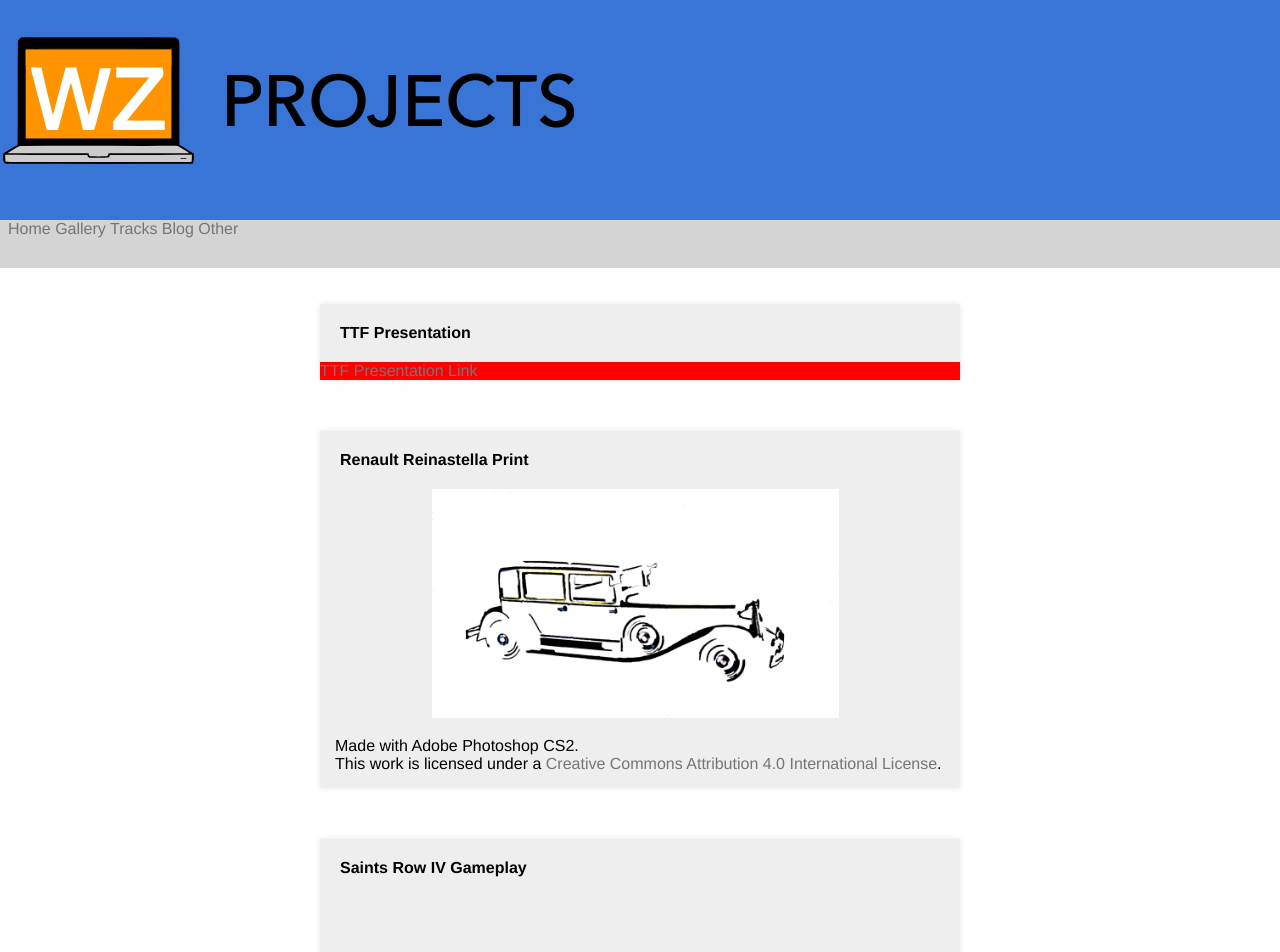
Repository: willzhang05/willzhang05.github.io-old
Page: newmenu.html
The author's editor kept a record of every edit. The page is drawn from the files as they stood at one moment, then again after the next edit.
The browser window is 1280 px wide. The pictures show the part of the page from y = 0 to 952 px (the page is 2357 px tall).
Pictures or frames that could not be fetched are drawn as grey boxes.

Above is the page before.

After the next edit:
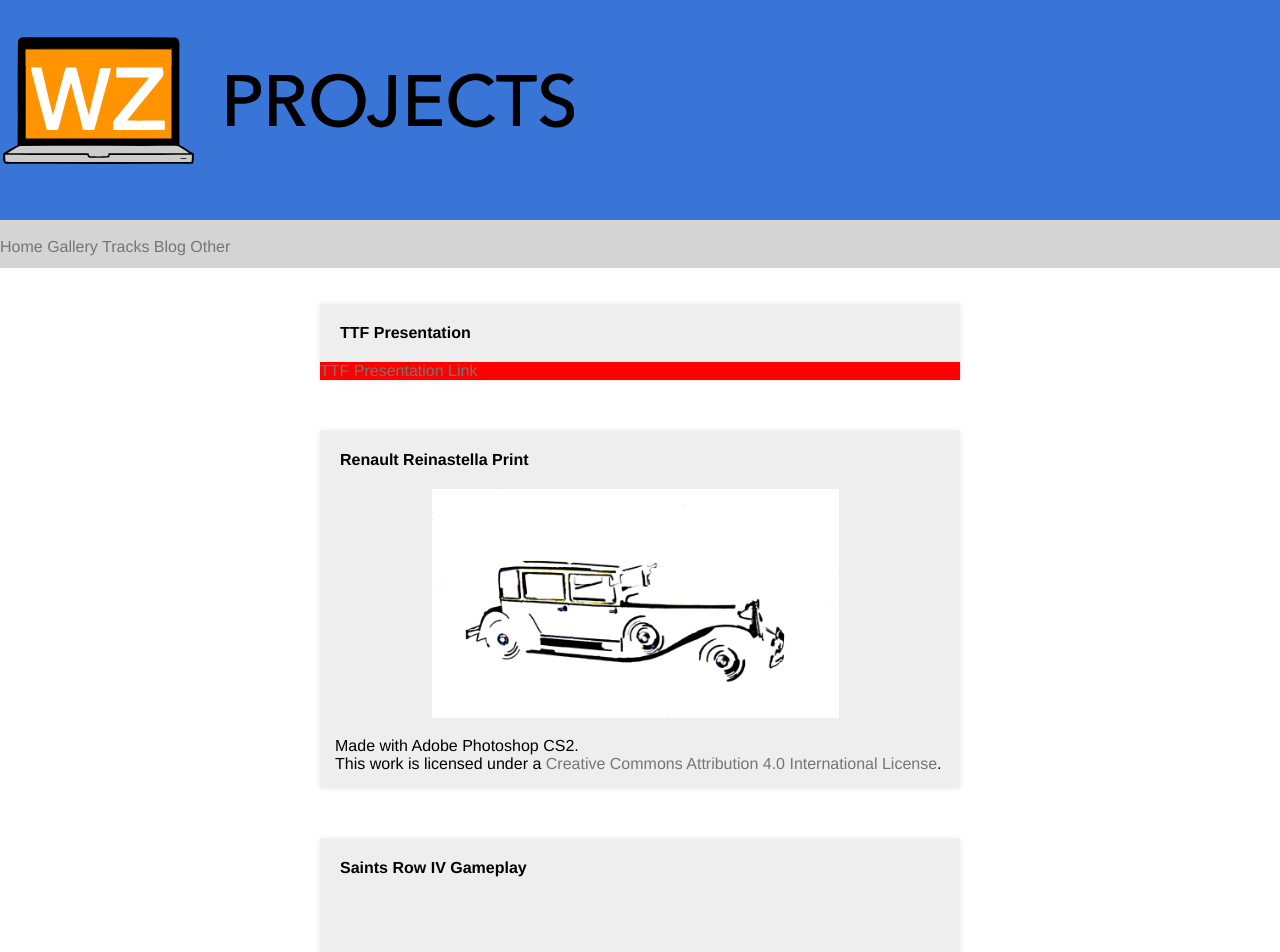
The edit:
--- a/newmenu.html
+++ b/newmenu.html
@@ -50,7 +50,8 @@
 							<paper-icon-button style="margin:4px;" icon="menu" role="button" tabindex="0" aria-label="menu" onclick="toggleMenu">
 								<paper-ripple></paper-ripple>
 							</paper-icon-button>
-							<paper-dropdown class="dropdown">
+							<paper-shadow z="1">
+								<nav class="menu slideLeft">
 									<paper-item>
 										<a class="links" href="http://willzhang05.github.io">
 											Home
@@ -76,7 +77,8 @@
 											Other
 										</a>
 									</paper-item>
-							</paper-dropdown>
+								</nav>
+							</paper-shadow>
 						</paper-menu-button>
 					</div>
 				</paper-shadow>
